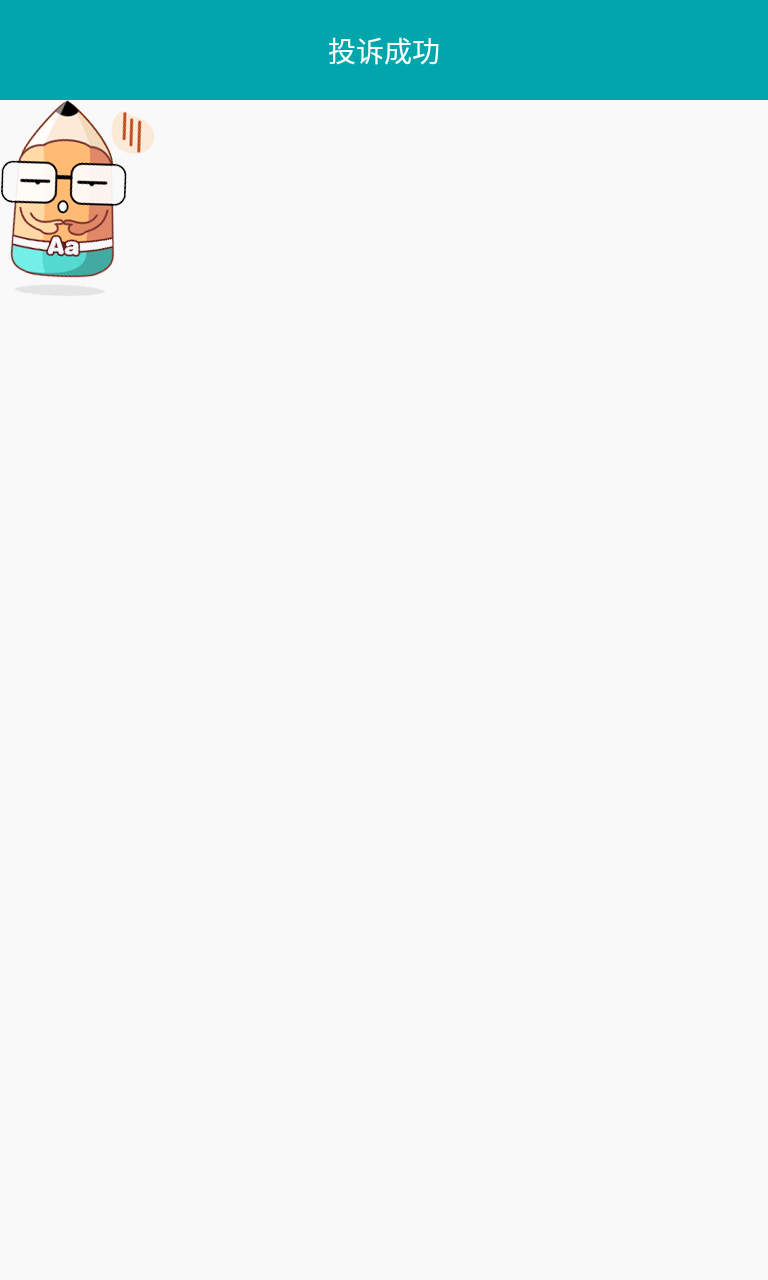
Repository: 2015-Forever/JWD
Layout: Jwd/res/layout/activity_complaint_success.xml
An editor plug-in stored every save of this project. The layout is shown before and after the next save, followed by the edit.
It is drawn on a 768 x 1280 px phone screen (xhdpi) without system bars, with theme AppTheme; the app's code is not run.

Above is the layout before, as saved 2015-07-16 08:14:07.

After the next save:
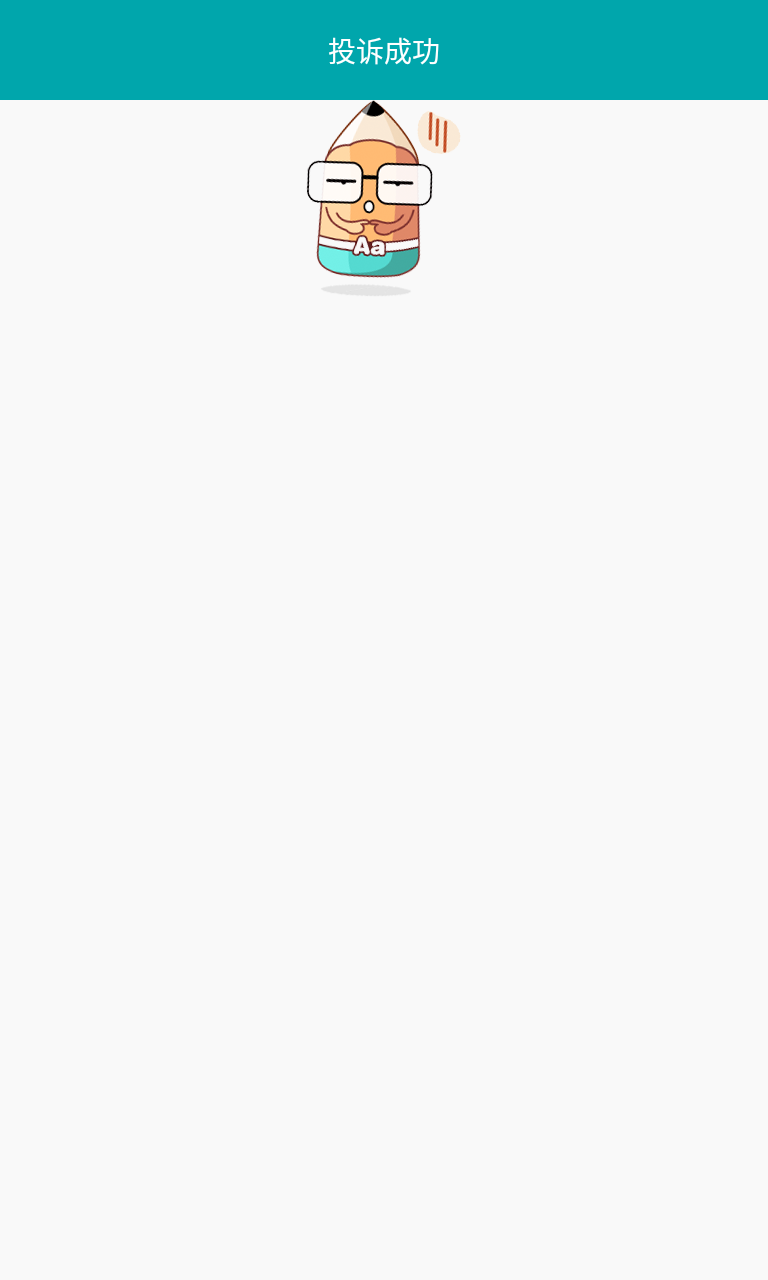
Saved 14 s later.
--- a/Jwd/res/layout/activity_complaint_success.xml
+++ b/Jwd/res/layout/activity_complaint_success.xml
@@ -21,6 +21,7 @@
     <ImageView
         android:layout_width="wrap_content"
         android:layout_height="wrap_content"
-        android:background="@drawable/complain_icon"/>
+        android:background="@drawable/complain_icon"
+        android:layout_gravity="center_horizontal"/>
 
 </LinearLayout>
